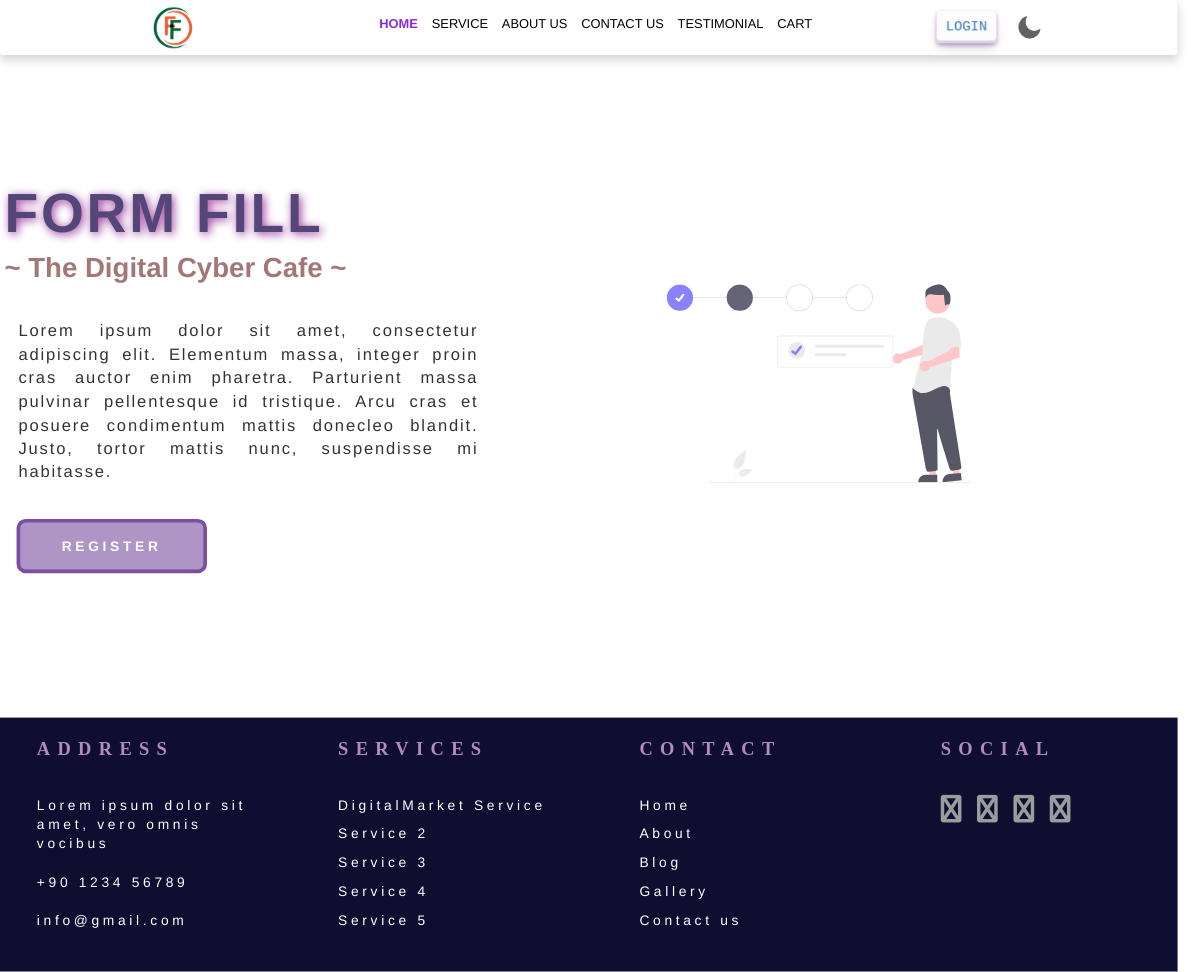
Repository: codervivek5/Formfil
Page: index.html
An editor plug-in stored every save of this project. The page is shown before and after the next save, followed by the edit.
The browser window is 1280 px wide. The page is 1295 px wide, so the pictures cover 1295 px, including what lies to the right of the window. The pictures show the whole page, at 92% of full size.
Some web fonts or font styles are not loaded; a fallback is used.

Above is the page before, as saved 2023-03-04 20:59:11.

After the next save:
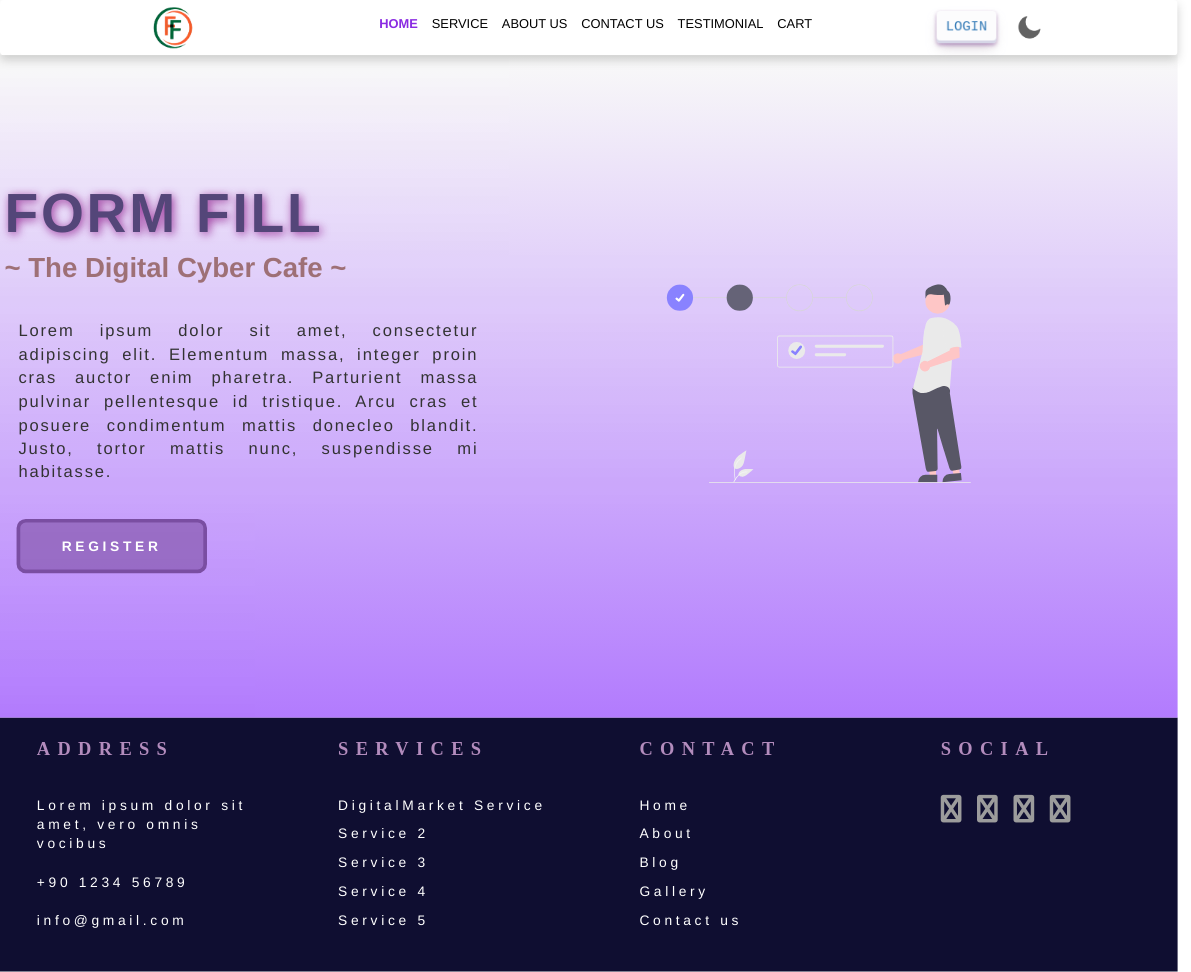
Saved 17 s later.
--- a/style/theme.css
+++ b/style/theme.css
@@ -1,5 +1,5 @@
 :root{
-	--color--main: linear-gradient(rgba(244, 245, 243, 0.712),rbg(159, 90, 253));
+	--color--main: linear-gradient(rgba(244, 245, 243, 0.712),rgb(159, 90, 253));
 	--color--footer: rgb(119, 5, 100);
 	--color--h1: #2a1958;
 	--color--h2: rgba(122, 60, 60, 0.87);
